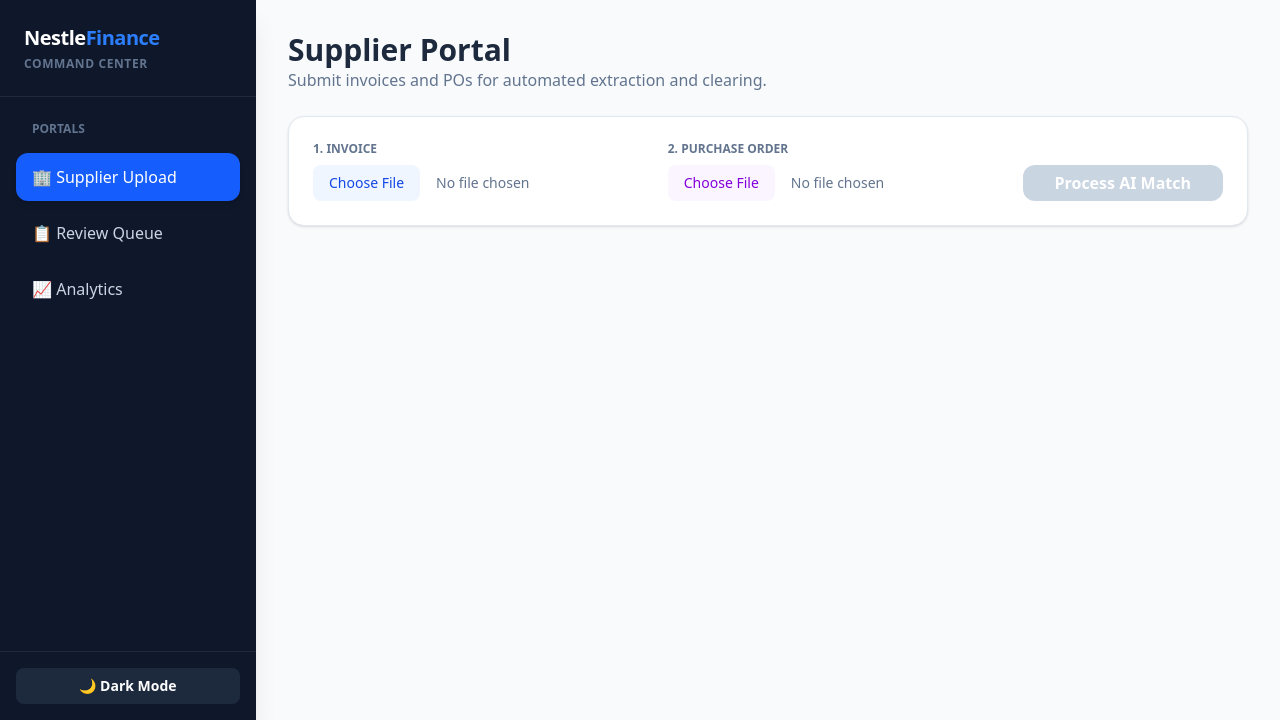
Repository: Sanda1113/nestle-finance-command
Page: / (app in frontend/)
These files come from the project's save history. The page is drawn as it stood at one moment and after the next save; the edit follows.
The browser window is 1280 px wide. The pictures show the whole page.
The project was rebuilt for these pictures with package versions that can differ from the ones it lists, and the page was loaded fresh each time. Also part of the build but not shown: frontend/vite.config.js.

Above is the page before, as saved 2026-03-21 17:44:45.

After the next save:
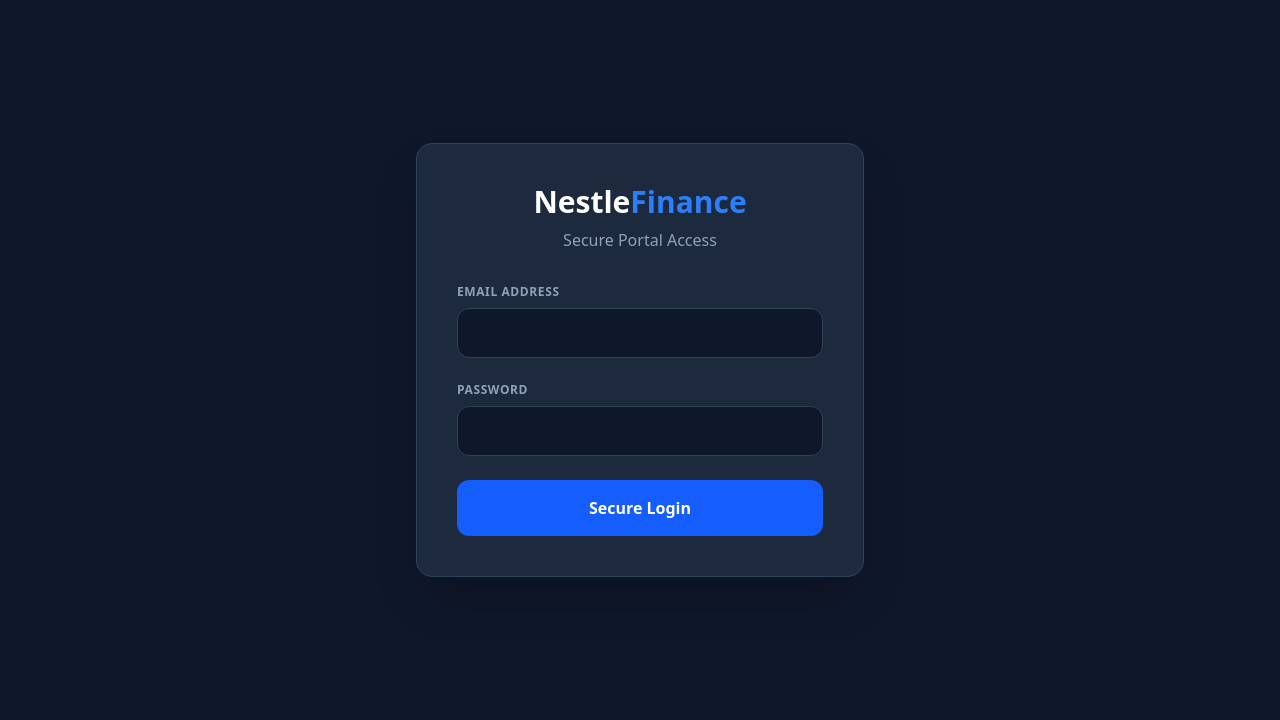
Saved 18 s later.
--- a/frontend/src/App.jsx
+++ b/frontend/src/App.jsx
@@ -1,9 +1,24 @@
+import { useState } from 'react';
+import Login from './components/Login';
+import SupplierDashboard from './components/SupplierDashboard';
 import Portal from './components/Portal';
 
 function App() {
-  return (
-    <Portal />
-  );
+  const [user, setUser] = useState(null);
+
+  if (!user) {
+    return <Login onLogin={setUser} />;
+  }
+
+  if (user.role === 'supplier') {
+    return <SupplierDashboard user={user} onLogout={() => setUser(null)} />;
+  }
+
+  if (user.role === 'finance') {
+    return <Portal user={user} onLogout={() => setUser(null)} />;
+  }
+
+  return null;
 }
 
 export default App;
